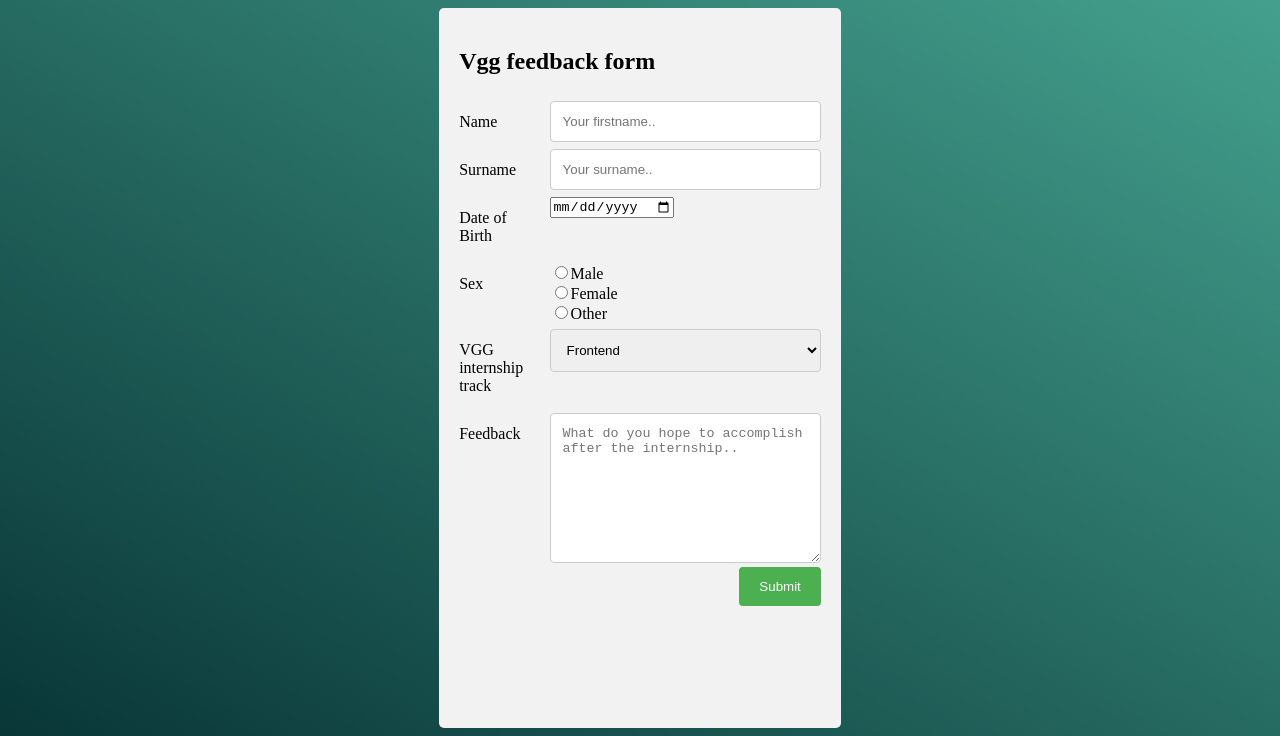
Repository: iphyokafor/VGG-Feedback-form
Page: index2.html
An editor plug-in stored every save of this project. The page is shown before and after the next save, followed by the edit.
The browser window is 1280 px wide. The pictures show the whole page.

Above is the page before, as saved 2020-01-13 00:42:22.

After the next save:
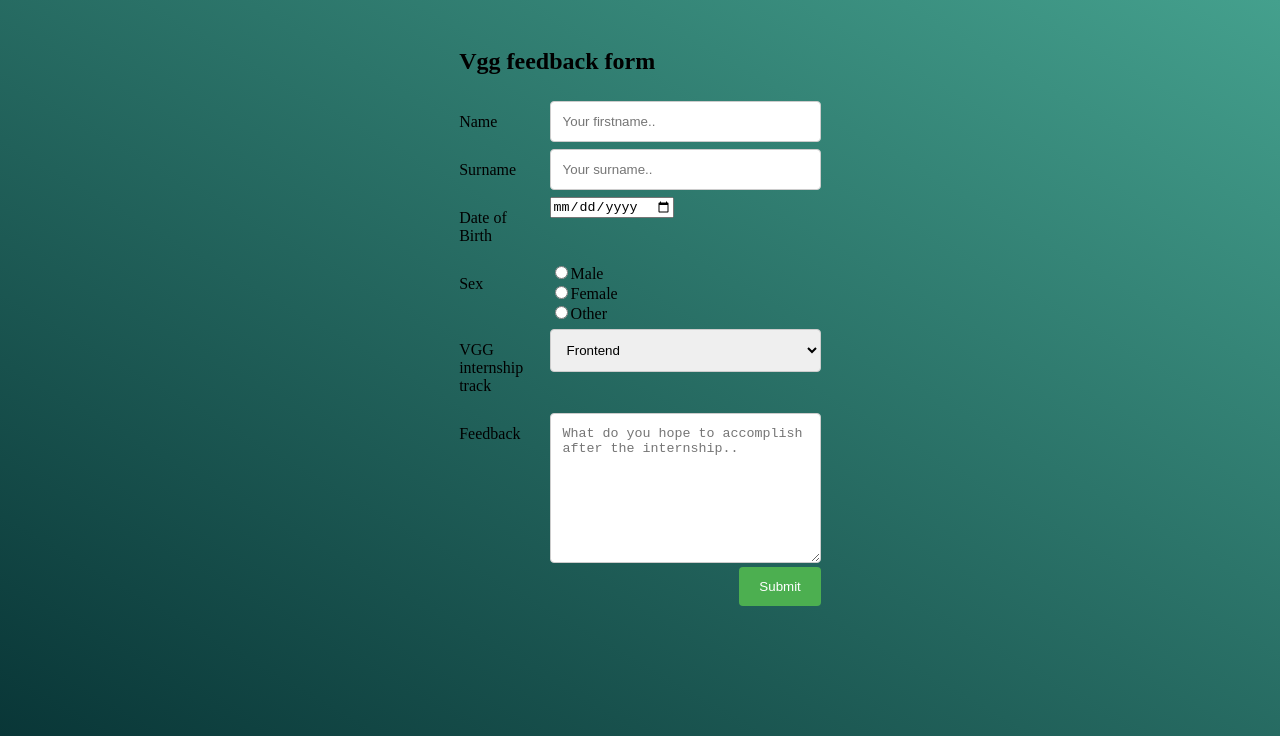
Saved 49 s later.
--- a/main.css
+++ b/main.css
@@ -51,7 +51,7 @@ label {
 
 .container {
     border-radius: 5px;
-    background-color: #f2f2f2;
+    /* background-color: #f2f2f2; */
     padding: 20px;
 }
 
